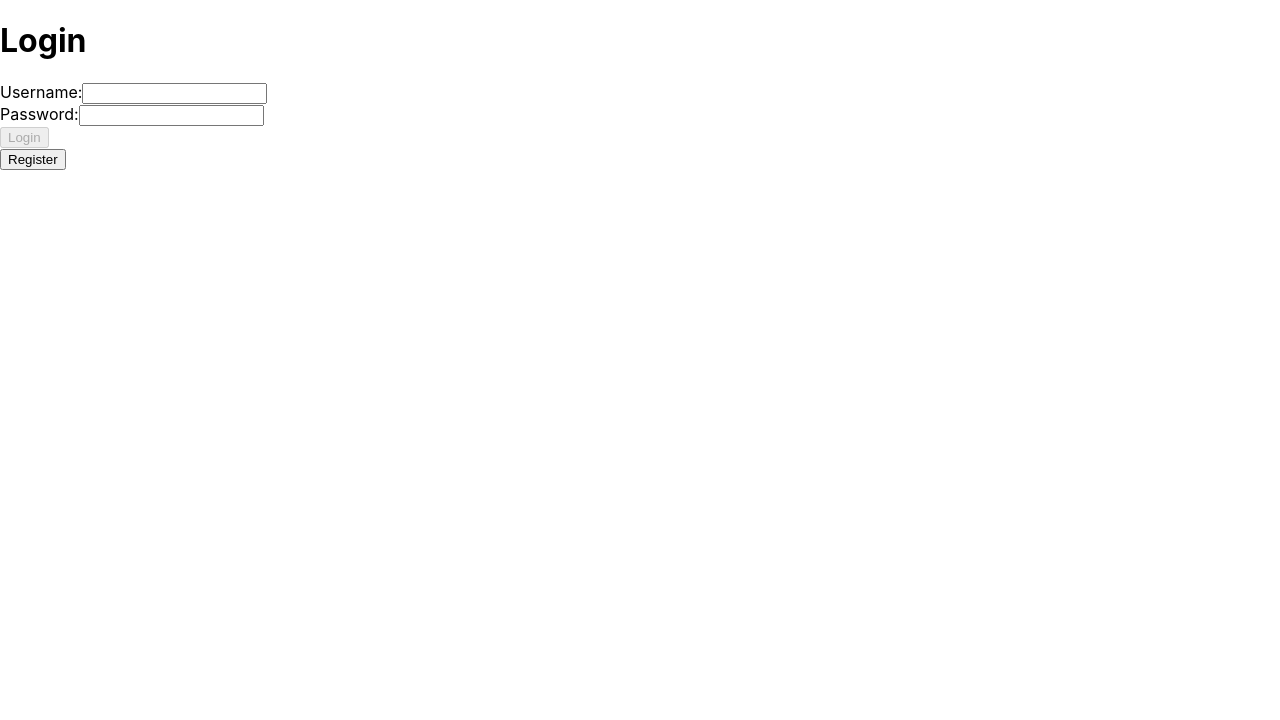
Repository: iMlearnDinG/react-app-v2
Page: /
An editor plug-in stored every save of this project. The page is shown before and after the next save, followed by the edit.
The browser window is 1280 px wide. The pictures show the whole page.
The page's requests for data from a server got no answer. The project was rebuilt for these pictures with package versions that can differ from the ones it lists, and the page was loaded fresh each time. No one was signed in, and anything a server would have sent is missing. Also part of the build but not shown: src/css/login.css, src/components/Register.js, src/components/Lobby.js, src/components/Game.js, src/components/Menu.js. Imported but missing from the stored project, and not drawn on this page: src/media/video.mp4.

Above is the page before, as saved 2023-07-19 02:32:17.

### src/index.js
import React from 'react';
import ReactDOM from 'react-dom/client';
import './index.css';
import App from './App';
import reportWebVitals from './reportWebVitals';

ReactDOM.createRoot(document.getElementById('root')).render(
  <React.StrictMode>
    <App />
  </React.StrictMode>,
);

// If you want to start measuring performance in your app, pass a function
// to log results (for example: reportWebVitals(console.log))
// or send to an analytics endpoint. Learn more: https://bit.ly/CRA-vitals
reportWebVitals();

### src/App.js
import React, { useContext, useEffect } from 'react';
import { BrowserRouter as Router, Routes, Route, useNavigate } from 'react-router-dom';
import { AuthProvider, AuthContext } from './config/AuthContext';
import Login from './components/Login';
import Register from './components/Register';
import Lobby from './components/Lobby';
import Game from './components/Game';
import Menu from './components/Menu';
import SessionRenewal from './SessionRenewal';

function PrivateRoute({ children }) {
  const { user, loading } = useContext(AuthContext);
  const navigate = useNavigate();

  useEffect(() => {
    if (!loading && !user) {
      navigate('/login', { replace: true });
    }
  }, [loading, user, navigate]);

  if (loading) {
    return <div>Loading...</div>;
  }

  if (!user) {
    return null;
  }

  return children;
}

function App() {
  return (
    <Router>
      <div className="App">
        <AuthProvider>
          <Routes>
            <Route path="/" element={<Login />} />
            <Route path="/login" element={<Login />} />
            <Route path="/register" element={<Register />} />
            <Route path="/lobby" element={<PrivateRoute><Lobby /></PrivateRoute>} />
            <Route path="/game" element={<PrivateRoute><Game /></PrivateRoute>} />
            <Route path="/menu" element={<PrivateRoute><Menu /></PrivateRoute>} />
          </Routes>
        </AuthProvider>
      </div>
    </Router>
  );
}

export default SessionRenewal(App);

### src/config/AuthContext.js
import React, { createContext, useState, useEffect } from 'react';

export const AuthContext = createContext();

export function AuthProvider({ children }) {
  const [user, setUser] = useState(null);
  const [loading, setLoading] = useState(true);

  useEffect(() => {
    // Fetch the current user from the server and update state
    const fetchUser = async () => {
      const response = await fetch(`${process.env.REACT_APP_API_BASE_URL}/auth`, {
        credentials: 'include',
      });
      const data = await response.json();
      if (data.success) {
        setUser(data.data.user);
      }
      setLoading(false);
    };
    fetchUser();
  }, []);

  const value = { user, setUser, loading };

  return <AuthContext.Provider value={value}>{children}</AuthContext.Provider>;
}

### src/components/Login.js
import React, { useState, useContext } from 'react';
import { useNavigate } from 'react-router-dom';
import { AuthContext } from '../config/AuthContext';
import "../css/login.css";
import loginImage0 from "../media/login-image.png";
import loginImage1 from "../media/login-image1.png";
import backgroundVideo from "../media/video.mp4";

function Login() {
  const navigate = useNavigate();
  const { setUser } = useContext(AuthContext);
  const [username, setUsername] = useState('');
  const [password, setPassword] = useState('');
  const [isSubmitting, setIsSubmitting] = useState(false);
  const [error, setError] = useState(null);

  const handleSubmit = async (e) => {
    e.preventDefault();
    setIsSubmitting(true);
    setError(null);

    const response = await fetch(`${process.env.REACT_APP_API_BASE_URL}/login`, {
      method: 'POST',
      headers: { 'Content-Type': 'application/json' },
      body: JSON.stringify({ username, password }),
      credentials: 'include',
    });

    const data = await response.json();
    setIsSubmitting(false);
    if (data.success) {
      setUser(data.data.user);
      navigate('/menu');
    } else {
      setError(data.error);
    }
  };


  const handleInputChange = async (e) => {
    const { name, value } = e.target;
    if (name === 'username') {
      setUsername(value);
    } else if (name === 'password') {
      setPassword(value);
    }
  };

  const isFormValid = username !== '' && password !== '';

  const handleRegisterClick = async () => {
    navigate('/register');
  };

  return (
    <div className="login-header">
      <h1>Login</h1>
      {error && <p>{error}</p>}
      <form onSubmit={handleSubmit}>
        <div>
          <label htmlFor="username">Username:</label>
          <input
            type="text"
            id="username"
            name="username"
            value={username}
            onChange={handleInputChange}
          />
        </div>
        <div>
          <label htmlFor="password">Password:</label>
          <input
            type="password"
            id="password"
            name="password"
            value={password}
            onChange={handleInputChange}
          />
        </div>
        <button type="submit" disabled={!isFormValid || isSubmitting}>
          Login
        </button>
      </form>
      <button onClick={handleRegisterClick}>Register</button>
    </div>
  );
}

export default Login;

### src/SessionRenewal.js
import React, { useEffect, useRef } from 'react';

function SessionRenewal(WrappedComponent) {
  return function WrappedWithSessionRenewal(props) {
    const activityDetected = useRef(false);

    useEffect(() => {
      let timeoutId;

      const renewSession = () => {
        fetch('/api/renew-session', {
          method: 'POST',
          credentials: 'include', // Include cookies in the request
        })
        .then(res => res.json())
        .then((data) => {
          if (!data.success) {
            console.error('Session renewal failed:', data.error);
          }
        })
        .catch((error) => {
          console.error('Error:', error);
        });
      };

      const resetTimeout = () => {
        console.log('User activity detected');
        if (timeoutId) {
          clearTimeout(timeoutId);
        }
        timeoutId = setTimeout(renewSession, 1); // 5 minutes
      };

      const activityHandler = () => {
        activityDetected.current = true;
      };

      window.addEventListener('mousemove', activityHandler);
      window.addEventListener('keydown', activityHandler);
      window.addEventListener('click', activityHandler);
      window.addEventListener('input', activityHandler);

      const intervalId = setInterval(() => {
        if (activityDetected.current) {
          resetTimeout();
          activityDetected.current = false;
        }
      }, 225000);

      return () => {
        window.removeEventListener('mousemove', activityHandler);
        window.removeEventListener('keydown', activityHandler);
        window.removeEventListener('click', activityHandler);
        window.removeEventListener('input', activityHandler);
        clearTimeout(timeoutId);
        clearInterval(intervalId);
      };
    }, []);

    return <WrappedComponent {...props} />;
  };
}

export default SessionRenewal;

Loaded but not shown: public/index.html (common file); src/index.css (common file); src/reportWebVitals.js (common file)

After the next save:
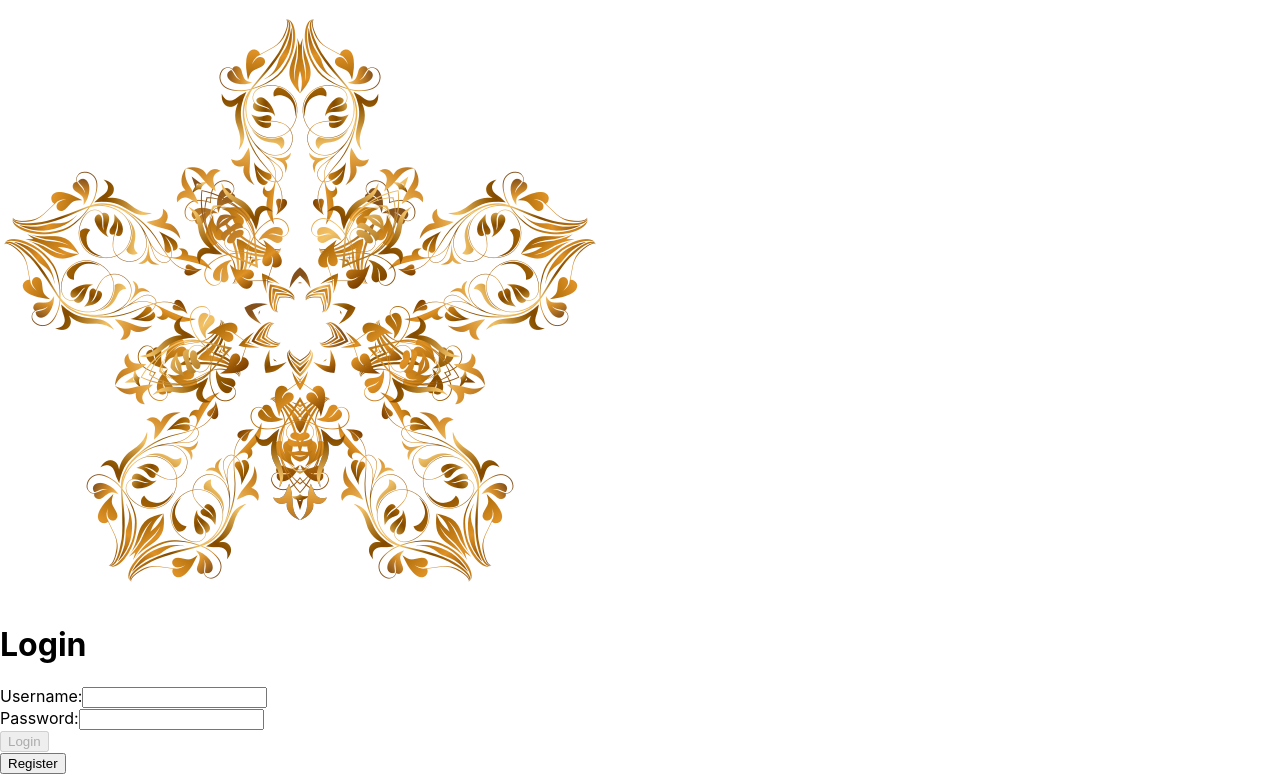
Saved 2 min 37 s later.
--- a/src/components/Login.js
+++ b/src/components/Login.js
@@ -54,6 +54,7 @@ function Login() {
 
   return (
     <div className="login-header">
+      <img id="login-image0" src={loginImage0} alt="Login" className="login-image0" />
       <h1>Login</h1>
       {error && <p>{error}</p>}
       <form onSubmit={handleSubmit}>
